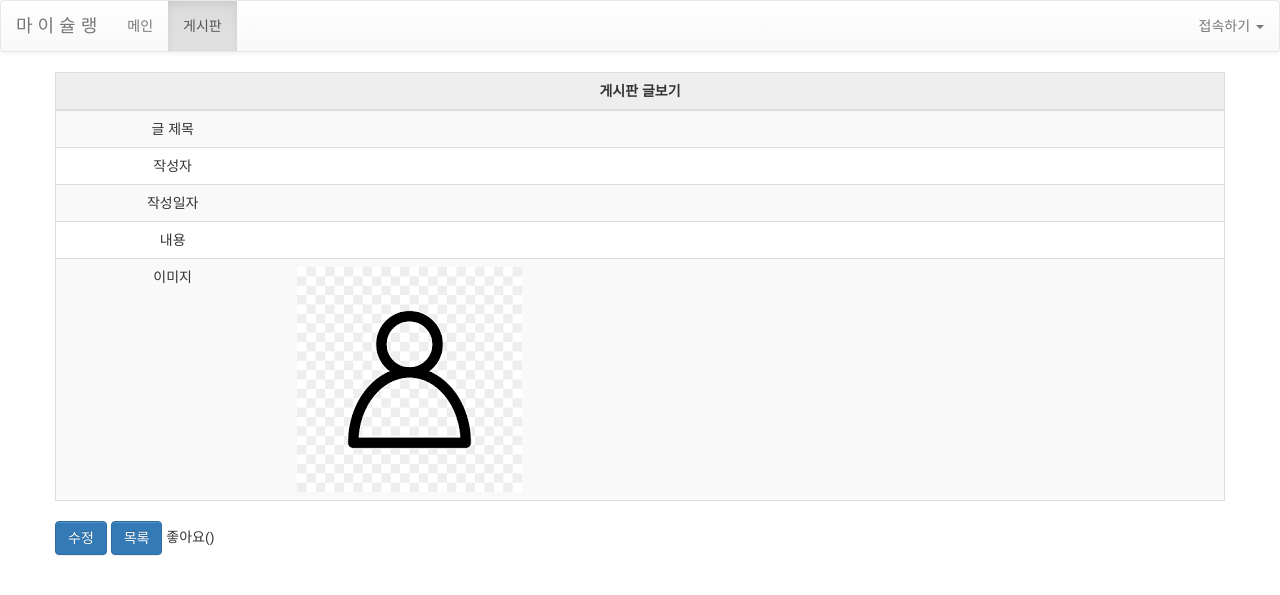
Repository: serendipity63/mychelin
Page: http://localhost/board/WEB-INF/views/detailform.jsp
An editor plug-in stored every save of this project. The page is shown before and after the next save, followed by the edit.
The browser window is 1280 px wide. The pictures show the whole page.
Some web libraries are served in a nearby version. The page is served by Tomcat 9. Nobody is signed in. The template is opened directly, without the code that normally fills it, so the values that code supplies are empty.

Above is the page before, as saved 2024-01-11 02:48:51.
Console error (its wording comes from the project's code and is left out).

After the next save:
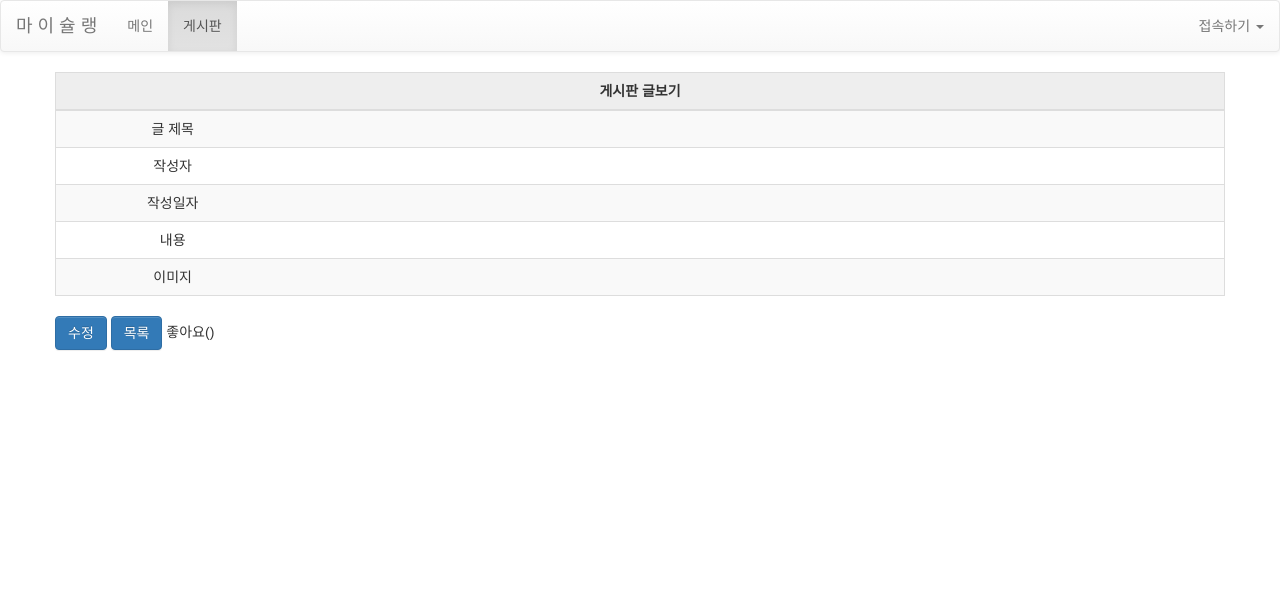
Saved 60 s later.
--- a/board/src/main/webapp/WEB-INF/views/detailform.jsp
+++ b/board/src/main/webapp/WEB-INF/views/detailform.jsp
@@ -146,9 +146,9 @@
 									<img src="${contextPath }/image/${board.fileurl}" width="100px"
 										height="100px" />
 								</c:when>
-								<c:otherwise>
+								<%-- <c:otherwise>
 									<img src="${contextPath }/resources/img/basic.png" />
-								</c:otherwise>
+								</c:otherwise> --%>
 							</c:choose></td>
 
 					</tr>
